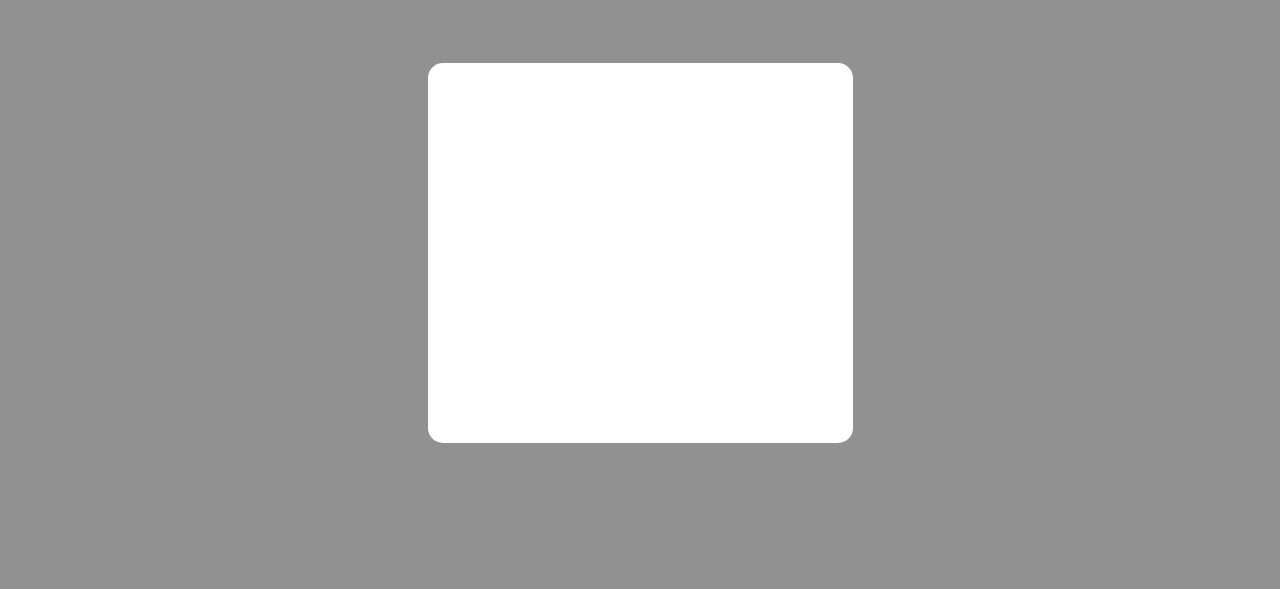
Repository: sjtu-course/homework
Page: GongZening/Week2/Web/LoginPage.html
An editor plug-in stored every save of this project. The page is shown before and after the next save, followed by the edit.
The browser window is 1280 px wide. The pictures show the whole page.

Above is the page before, as saved 2020-11-07 16:04:50.

### GongZening/Week2/Web/LoginPage.html
<!DOCTYPE html>
<html>
    <head>
        <meta charset="utf-8">
        <title>LoginPage</title>
        <link rel="stylesheet" type="text/css" href="css/Round_Rect.css" />
    </head>

    <body style="background-color: #919191;">
        <div>

        </div>
    </body>
</html>

### GongZening/Week2/Web/css/Round_Rect.css
/* #round_rect */
@charset "utf-8";
div{
	width: 425px;
	height: 380px;
	background-color: white;
	border-radius: 15px;
	margin: auto;
	margin-top:5%;
}

After the next save:
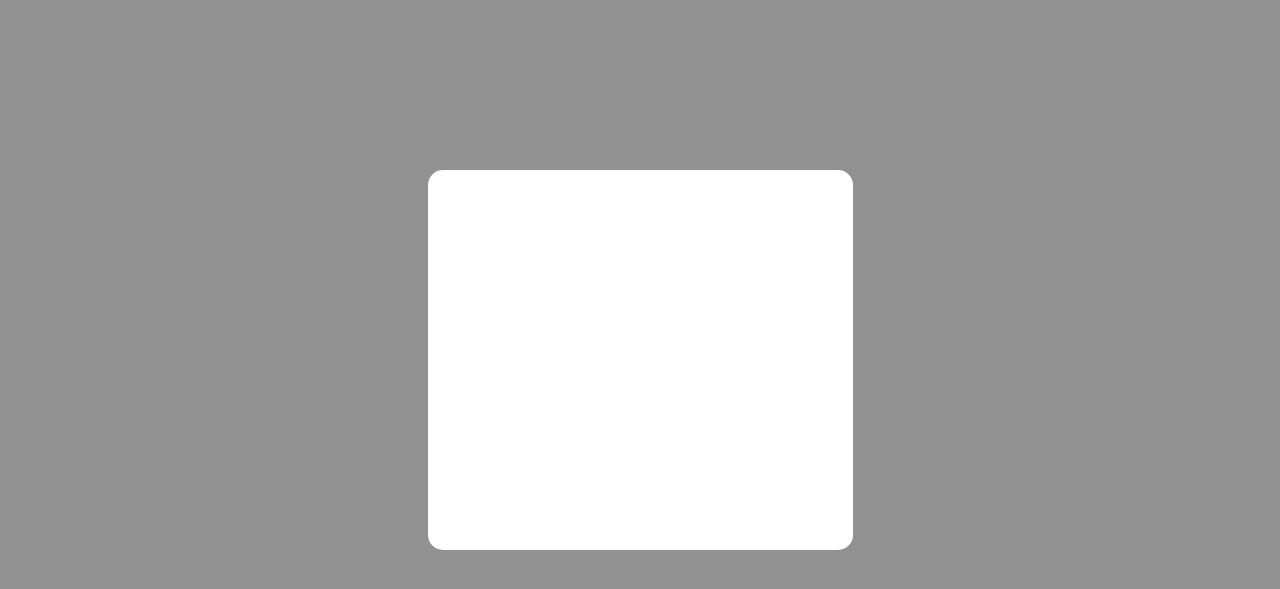
Saved 4 min 12 s later.
--- a/GongZening/Week2/Web/LoginPage.html
+++ b/GongZening/Week2/Web/LoginPage.html
@@ -3,6 +3,14 @@
     <head>
         <meta charset="utf-8">
         <title>LoginPage</title>
+        <!-- <style?>
+            html, body {
+                width: 100%;
+                height: 100%;
+                margin: 0;
+                padding: 0;
+            }
+        </style> -->
         <link rel="stylesheet" type="text/css" href="css/Round_Rect.css" />
     </head>
 
--- a/GongZening/Week2/Web/css/Round_Rect.css
+++ b/GongZening/Week2/Web/css/Round_Rect.css
@@ -5,6 +5,12 @@ div{
 	height: 380px;
 	background-color: white;
 	border-radius: 15px;
+	position: absolute;
 	margin: auto;
-	margin-top:5%;
+	top: 0;
+	right: 0;
+	left: 0;
+	bottom: 0;
+	/* margin: auto;
+	margin-top:5%; */
 }
